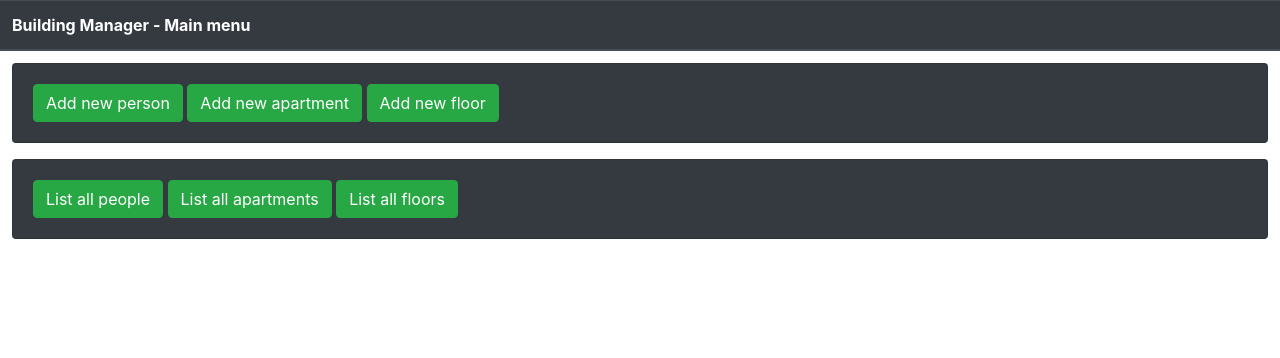
Repository: JMarJus/TalleresDUAL_2
Page: http://localhost/index
These files come from the project's save history. The page is drawn as it stood at one moment and after the next save; the edit follows.
The browser window is 1280 px wide. The pictures show the whole page.
The page is this project's Thymeleaf template; nobody is signed in. The template is opened directly, without the code that normally fills it, so the values that code supplies are empty.

Above is the page before, as saved 2023-12-26 00:25:28.
Console error: TypeError: Cannot read properties of undefined (reading 'fn')

### spring01/src/main/resources/templates/index.html
<!DOCTYPE html>
<html xmlns:th="http://www.thymeleaf.org">

<head>
	<meta http-equiv="Content-Type" content="text/html; charset=UTF-8" />
	<title>Spring 01 - Building Management</title>
	<link rel="stylesheet" href="https://stackpath.bootstrapcdn.com/bootstrap/4.3.1/css/bootstrap.min.css">
	<script src="https://stackpath.bootstrapcdn.com/bootstrap/4.3.1/js/bootstrap.min.js"></script>
</head>

<body>
	<table class="table">
		<thead class="thead-dark">
			<tr>
				<th scope="col">Building Manager - Main menu</th>
			</tr>
		</thead>
		<tbody>
			<tr>
				<td>
					<div class="card text-white bg-dark mb-3">
		  				<div class="card-body">
							<a th:href="@{/getAddPerson}" class="btn btn-success">Add new person</a>
							<a th:href="@{/getAddApartment}" class="btn btn-success">Add new apartment</a>
							<a th:href="@{/getAddFloor}" class="btn btn-success">Add new floor</a>
						</div>
					</div>
					<div class="card text-white bg-dark mb-3">
		  				<div class="card-body">
							<a th:href="@{/getPeople}" class="btn btn-success">List all people</a>
							<a th:href="@{/getApartments}" class="btn btn-success">List all apartments</a>
							<a th:href="@{/getFloors}" class="btn btn-success">List all floors</a>
						</div>
					</div>
				</td>
			</tr>
		</tbody>
	</table>
</body>

</html>

After the next save:
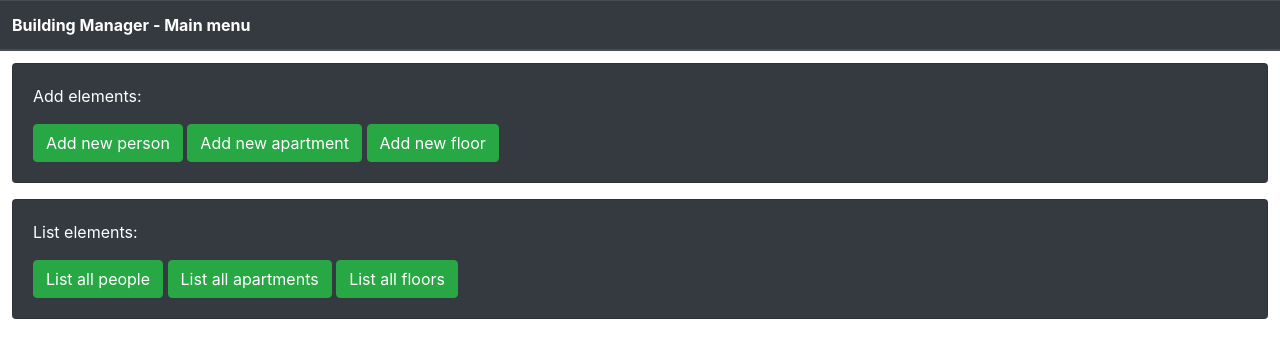
Saved 55 s later.
--- a/spring01/src/main/resources/templates/index.html
+++ b/spring01/src/main/resources/templates/index.html
@@ -20,6 +20,7 @@
 				<td>
 					<div class="card text-white bg-dark mb-3">
 		  				<div class="card-body">
+							<p>Add elements:</p>
 							<a th:href="@{/getAddPerson}" class="btn btn-success">Add new person</a>
 							<a th:href="@{/getAddApartment}" class="btn btn-success">Add new apartment</a>
 							<a th:href="@{/getAddFloor}" class="btn btn-success">Add new floor</a>
@@ -27,6 +28,7 @@
 					</div>
 					<div class="card text-white bg-dark mb-3">
 		  				<div class="card-body">
+							<p>List elements:</p>
 							<a th:href="@{/getPeople}" class="btn btn-success">List all people</a>
 							<a th:href="@{/getApartments}" class="btn btn-success">List all apartments</a>
 							<a th:href="@{/getFloors}" class="btn btn-success">List all floors</a>
